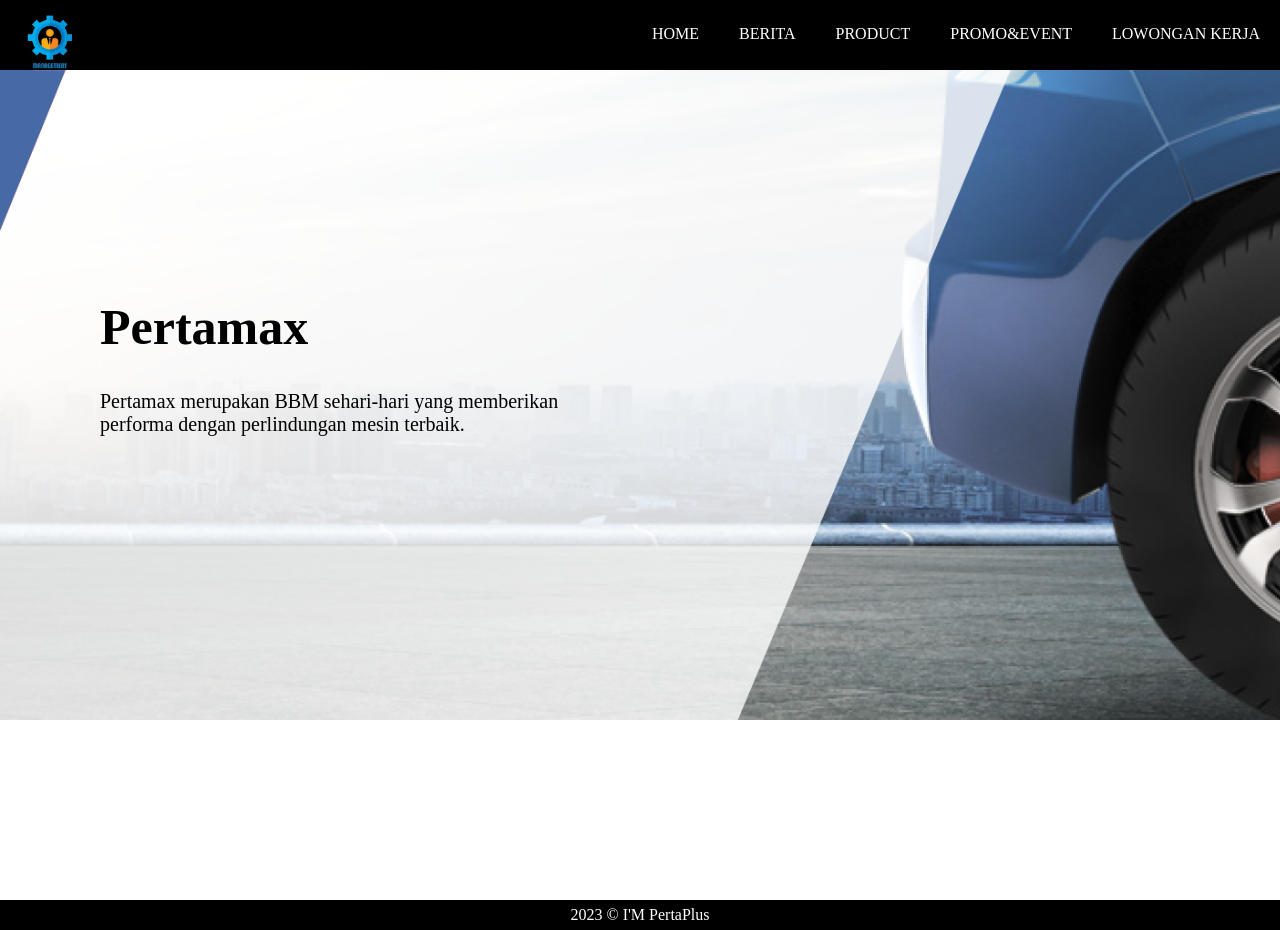
Repository: rizalardi34/project-mypertaplus
Page: pertamax.html
The author's editor kept a copy of each file at every save. The page is drawn from the files as they stood at one save, then again after the next save.
The browser window is 1280 px wide. The pictures show the whole page.

Above is the page before, as saved 2023-04-25 13:09:40.

After the next save:
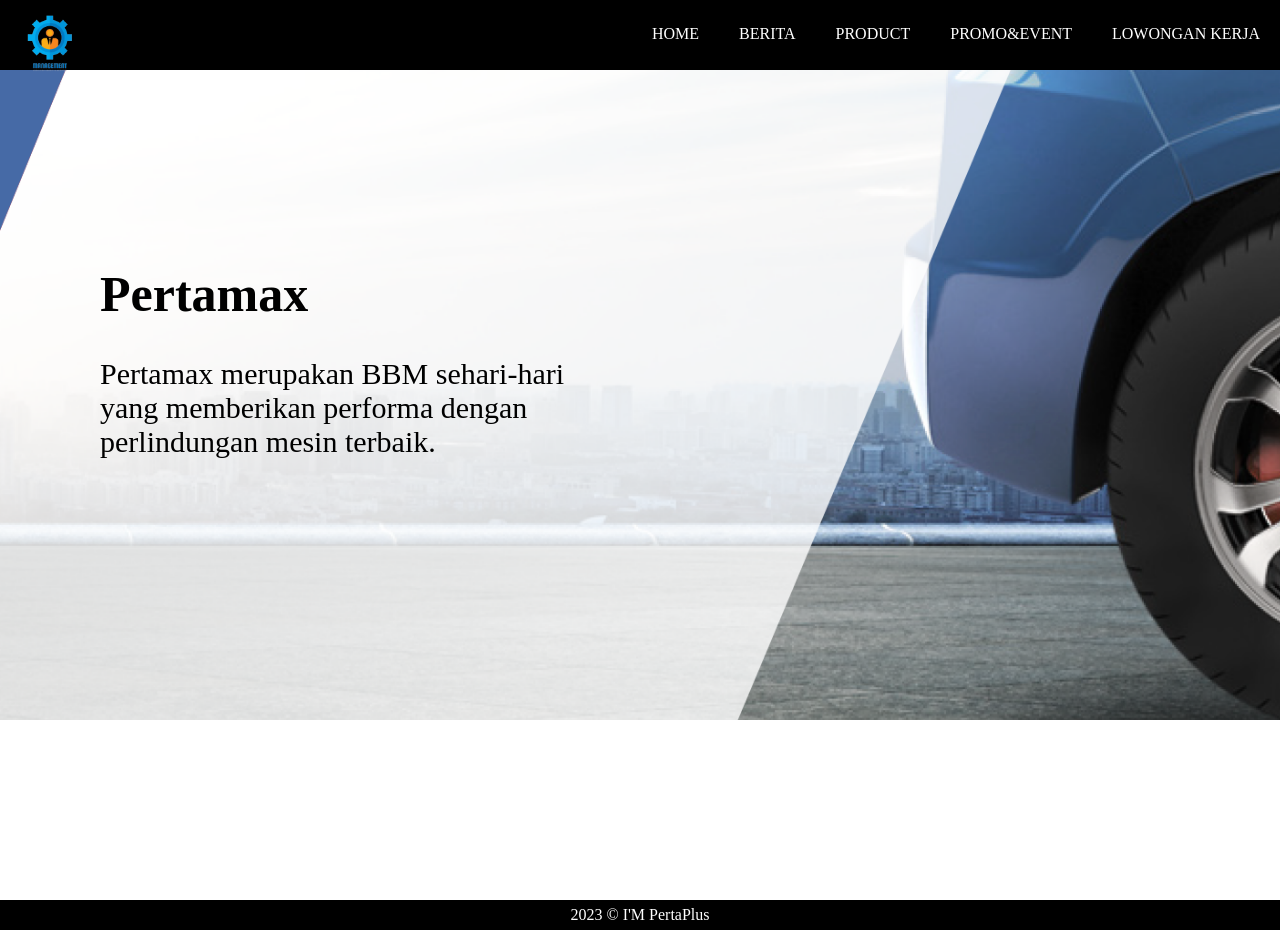
Saved 7 s later.
--- a/pertamax.html
+++ b/pertamax.html
@@ -22,7 +22,7 @@
                 <div style=" height: 100%; width: 100%; display: flex; justify-content: start; align-items: center; padding-left: 100px;">
                     <div style="width: 40%;">
                         <h1 style=" font-size: 50px; ">Pertamax</h1>
-                        <p style=" font-size: 20px; ">Pertamax merupakan BBM sehari-hari yang memberikan performa dengan perlindungan mesin terbaik.</p>
+                        <p style=" font-size: 30px; ">Pertamax merupakan BBM sehari-hari yang memberikan performa dengan perlindungan mesin terbaik.</p>
                     </div>
                 </div>
             </div>
